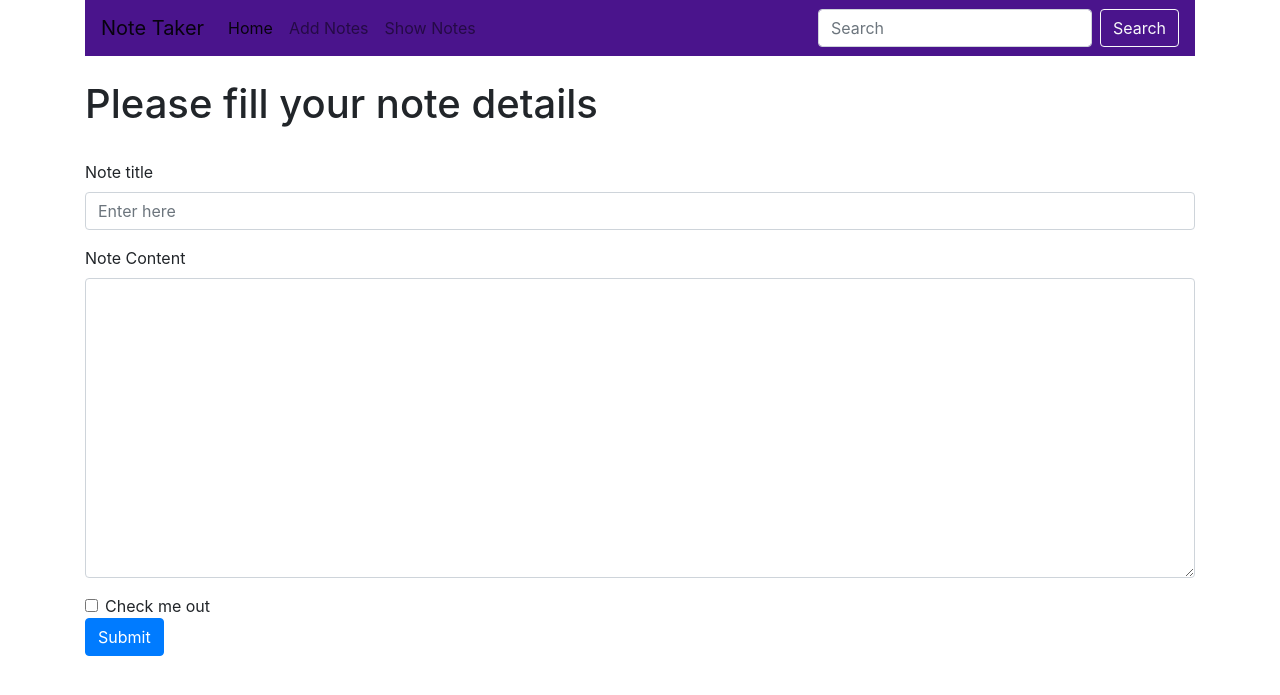
Repository: nayanchy123456/TODO-Project
Page: http://localhost/NoteTaker/add_notes.jsp
These files come from the project's save history. The page is drawn as it stood at one moment and after the next save; the edit follows.
The browser window is 1280 px wide. The pictures show the whole page.
Some web libraries are served in a nearby version. The page is served by Tomcat 10.

Above is the page before, as saved 2024-09-03 11:06:20.

After the next save:
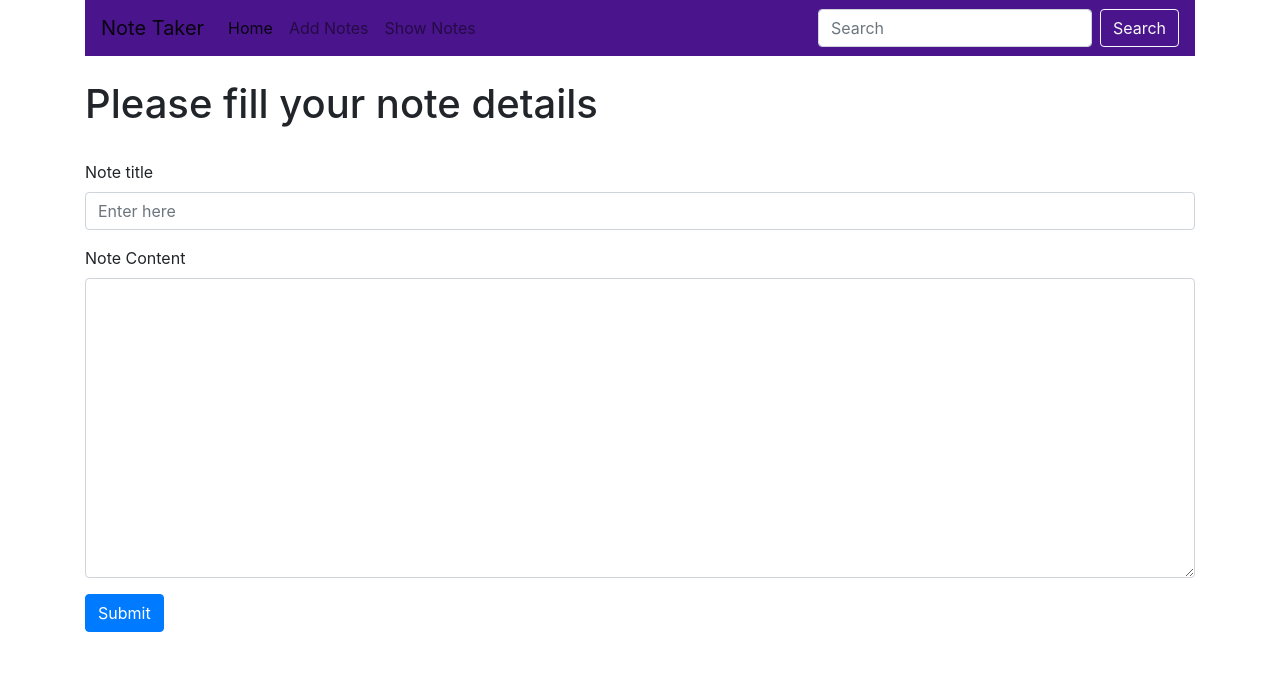
Saved 64 s later.
--- a/TODO webApplication/NoteTaker/src/main/webapp/add_notes.jsp
+++ b/TODO webApplication/NoteTaker/src/main/webapp/add_notes.jsp
@@ -35,10 +35,7 @@
 
 
   </div>
-  <div class="form-check">
-    <input type="checkbox" class="form-check-input" id="exampleCheck1">
-    <label class="form-check-label" for="exampleCheck1">Check me out</label>
-  </div>
+
   <button type="submit" class="btn btn-primary">Submit</button>
 </form>
 
